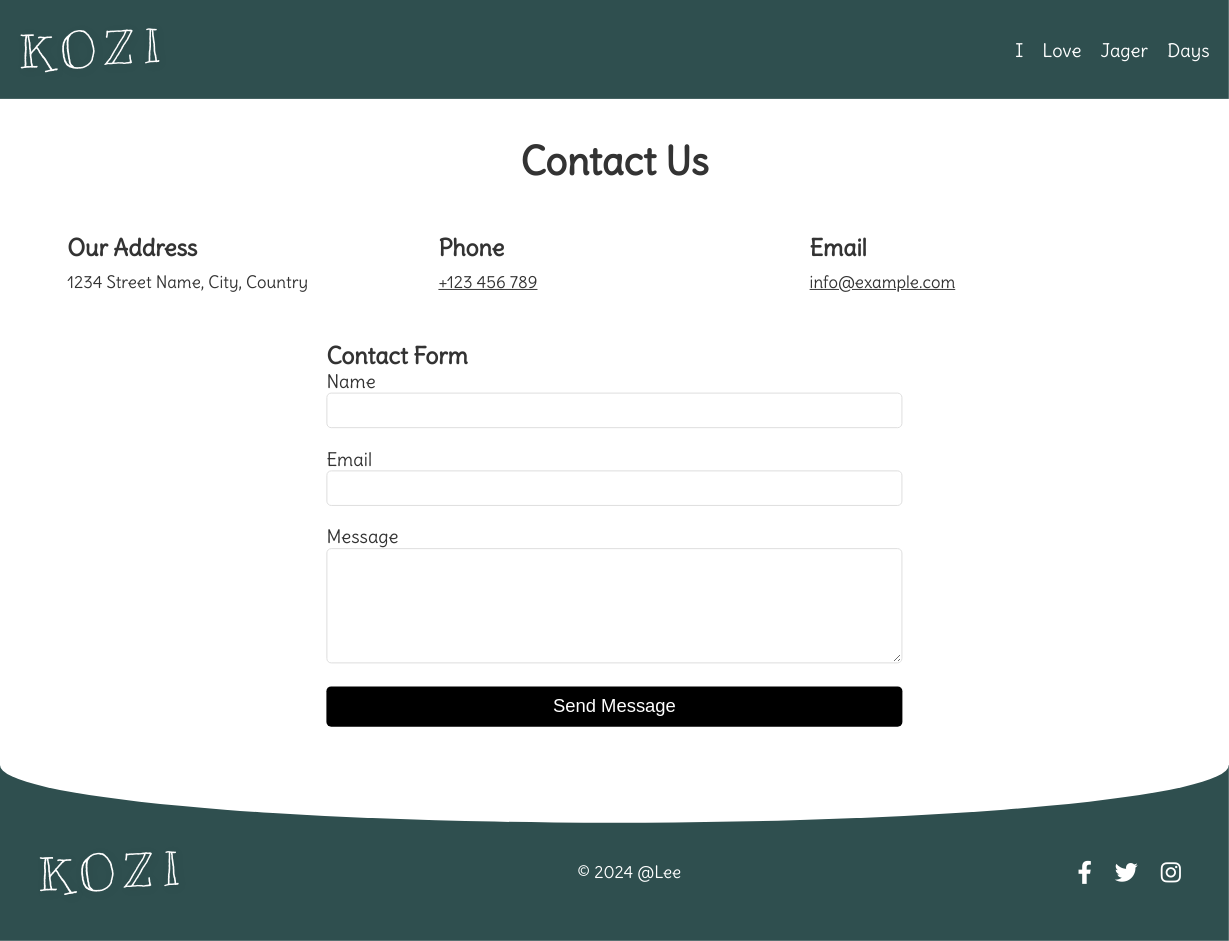
Repository: leerichie/kozi
Page: index.html
The author's editor kept a copy of each file at every save. The page is drawn from the files as they stood at one save, then again after the next save.
The browser window is 1280 px wide. The pictures show the whole page, at 96% of full size.

Above is the page before, as saved 2024-10-24 19:52:46.

### index.html
<!DOCTYPE html>
<html lang="en">

<head>
    <meta charset="UTF-8">
    <meta name="viewport" content="width=device-width, initial-scale=1.0">
    <meta http-equiv="X-UA-Compatible" content="IE=edge">
    <link rel="stylesheet" href="css/styles.css">
    <link rel="stylesheet" href="https://cdnjs.cloudflare.com/ajax/libs/font-awesome/6.0.0-beta3/css/all.min.css">

    <title>Contact Form</title>
</head>

<body>
    <!-- Navbar -->
    <header class="navbar">
        <div class="logo">
            <!-- <a href="#"><img src="img/logo.png" alt="Logo"></a> -->
            <h1 class="logo-text">Kozi</h1>

        </div>
        <nav>
            <ul class="nav-links">
                <li><a href="#">I</a></li>
                <li><a href="#">Love</a></li>
                <li><a href="#">Jager</a></li>
                <li><a href="#">Days</a></li>
            </ul>
            <div class="hamburger">
                <span class="bar"></span>
                <span class="bar"></span>
                <span class="bar"></span>
            </div>
        </nav>
    </header>

    <!-- Sidebar (hidden by default) -->
    <div class="sidebar">
        <ul class="sidebar-links">
            <li><a href="#">I</a></li>
            <li><a href="#">Love</a></li>
            <li><a href="#">Guiness</a></li>
            <li><a href="#">Days</a></li>
            <li><a href="#">Toooo</a></li>

        </ul>
    </div>

    <!-- Contact Section -->
    <div class="container">
        <div class="contact-header">
            <h1>Contact Us</h1>
        </div>
        <div class="contact-info">
            <div class="address">
                <h2>Our Address</h2>
                <p>1234 Street Name, City, Country</p>
            </div>
            <div class="phone">
                <h2>Phone</h2>
                <p><a href="tel:+123456789">+123 456 789</a></p>
            </div>
            <div class="email">
                <h2>Email</h2>
                <p><a href="mailto:info@example.com">info@example.com</a></p>
            </div>
        </div>

        <div class="form-container">
            <h2>Contact Form</h2>
            <form action="#" method="POST" class="contact-form">
                <div class="form-group">
                    <label for="name">Name</label>
                    <input type="text" id="name" name="name" required>
                </div>
                <div class="form-group">
                    <label for="email">Email</label>
                    <input type="email" id="email" name="email" required>
                </div>
                <div class="form-group">
                    <label for="message">Message</label>
                    <textarea id="message" name="message" required></textarea>
                </div>
                <button type="submit" class="submit-btn">Send Message</button>
            </form>
        </div>
    </div>

    <!-- Footer -->
    <footer class="footer">
        <div class="footer-shape"></div>
        <div class="footer-container">
            <div class="footer-logo">
                <h1 class="logo-text">Kozi</h1>
            </div>
            <div class="footer-text">
                <p>&copy; 2024 @Lee</p>
            </div>
            <div class="footer-social">
                <a href="/" target="_blank"><i class="fab fa-facebook-f"></i></a>
                <a href="/" target="_blank"><i class="fab fa-twitter"></i></a>
                <a href="/" target="_blank"><i class="fab fa-instagram"></i></a>
            </div>
        </div>
    </footer>


    <script src="js/script.js"></script>
</body>

</html>

### css/styles.css
@font-face {
  font-family: "Delius";
  src: url("/fonts/Delius-Regular.ttf") format("truetype");
  font-weight: normal;
  font-style: normal;
}

@font-face {
  font-family: "Merriweather";
  src: url("/fonts/Kranky-Regular.ttf") format("truetype");
  font-weight: bold;
  font-style: normal;
}

@font-face {
  font-family: "Lora";
  src: url("/fonts/LeckerliOne-Regular.ttf") format("truetype");
  font-weight: normal;
  font-style: italic;
}

* {
  margin: 0;
  padding: 0;
  box-sizing: border-box;
}

body {
  font-family: "Delius", sans-serif;
  background-color: #fff;
  color: #333;
}

.logo {
  text-align: center;
}

.logo-text {
  font-family: "Merriweather", serif;
  font-size: 50px;
  letter-spacing: 10px;
  font-weight: bold;
  text-transform: uppercase;
  color: white;
  text-shadow: 2px 2px 10px rgba(0, 0, 0, 0.1);
  transform: rotate(-2deg);
}

/* Nav */
.navbar {
  display: flex;
  justify-content: space-between;
  align-items: center;
  padding: 20px;
  background-color: darkslategray;
  color: #fff;
  position: relative;
  z-index: 1000;
}

.navbar .logo img {
  width: 150px;
}

.navbar nav {
  display: flex;
  align-items: center;
}

.nav-links {
  display: flex;
  list-style: none;
}

.nav-links li {
  margin-left: 20px;
}

.nav-links a {
  text-decoration: none;
  color: #fff;
  font-size: 1.2rem;
  transition: color 0.3s ease;
}

.nav-links a:hover {
  color: #f4a261;
}

/* Hamburger animate - mob */
.hamburger {
  display: none;
  flex-direction: column;
  cursor: pointer;
  transition: all 0.3s ease;
  z-index: 1001;
}

.hamburger .bar {
  width: 25px;
  height: 3px;
  background-color: white;
  margin: 4px 0;
  transition: all 0.3s ease;
  z-index: 1001;
}

.hamburger.active .bar:nth-child(1) {
  transform: rotate(45deg) translate(0, 0);
  width: 20px;
}

.hamburger.active .bar:nth-child(2) {
  opacity: 0;
}

.hamburger.active .bar:nth-child(3) {
  transform: rotate(-45deg) translate(0, 0);
  width: 20px;
}

.hamburger.active .bar {
  height: 4px;
}

/* Sidebar */
.sidebar {
  position: fixed;
  top: 0;
  right: -250px;
  width: 250px;
  height: 100%;
  background-color: darkslategray;
  color: #fff;
  transition: 0.3s;
  padding-top: 60px;
  z-index: 999;
}

.sidebar.active {
  right: 0;
}

.sidebar-links {
  list-style: none;
  padding: 50px 0;
  text-align: center;
}

.sidebar-links li {
  margin: 20px 0;
}

.sidebar-links a {
  text-decoration: none;
  color: #fff;
  font-size: 1.5rem;
  transition: color 0.3s ease;
}

.sidebar-links a:hover {
  color: #f4a261;
}

/* Contact Section */
.container {
  max-width: 1200px;
  margin: 0 auto;
  padding: 40px 20px;
}

.contact-header h1 {
  text-align: center;
  font-size: 2.5rem;
  margin-bottom: 40px;
}

.contact-info {
  display: flex;
  justify-content: space-between;
  flex-wrap: wrap;
  margin-bottom: 40px;
}

.contact-info div {
  flex: 1;
  min-width: 250px;
  margin: 10px;
}

.contact-info h2 {
  font-size: 1.5rem;
  margin-bottom: 10px;
}

.contact-info p,
.contact-info a {
  font-size: 1.1rem;
  color: #333;
}

.form-container {
  max-width: 600px;
  margin: 0 auto;
}

.contact-form {
  display: flex;
  flex-direction: column;
}

.form-group {
  margin-bottom: 20px;
}

.form-group label {
  margin-bottom: 10px;
  font-size: 1.2rem;
}

.form-group input,
.form-group textarea {
  width: 100%;
  padding: 10px;
  border: 1px solid #ddd;
  border-radius: 5px;
}

textarea {
  height: 120px;
}

.submit-btn {
  padding: 10px 20px;
  background-color: #000;
  color: #fff;
  border: none;
  border-radius: 5px;
  font-size: 1.2rem;
  cursor: pointer;
}

.submit-btn:hover {
  background-color: #f4a261;
}

/* Footer Styling */
.footer {
  position: relative;
  background-color: darkslategray;
  color: white;
  text-align: center;
  padding: 80px 20px 40px;
  overflow: hidden;
}

.footer-shape {
  position: absolute;
  top: -60px;
  left: 0;
  width: 100%;
  height: 120px;
  background-color: #fff;
  border-radius: 0 0 100% 100%;
  z-index: 0;
}

.footer-container {
  position: relative;
  z-index: 1;
  display: flex;
  justify-content: space-between;
  align-items: center;
  max-width: 1200px;
  margin: 0 auto;
  flex-wrap: wrap;
}

.footer-logo img {
  width: 100px;
}

.footer-text p {
  font-size: 1.1rem;
  margin: 0;
}

.footer-social a {
  margin: 0 10px;
  color: white;
  font-size: 1.5rem;
  transition: color 0.3s ease;
}

.footer-social a:hover {
  color: #f4a261;
}

.footer-social img {
  width: 25px;
  filter: invert(100%);
}

/* Mob */
@media (max-width: 768px) {
  .hamburger {
    display: flex;
  }

  .nav-links {
    display: none;
  }

  .footer-container {
    flex-direction: row;
    justify-content: space-between;
  }

  .footer-logo {
    flex-grow: 1;
    text-align: center;
  }

  .footer-text {
    text-align: left;
  }

  .footer-social {
    text-align: right;
  }

  .logo-text {
    font-size: 40px;
    letter-spacing: 2px;
  }
}

### js/script.js
const hamburger = document.querySelector('.hamburger');
const sidebar = document.querySelector('.sidebar');

hamburger.addEventListener('click', () => {
    sidebar.classList.toggle('active');
    hamburger.classList.toggle('active');
});

window.addEventListener('scroll', () => {
    sidebar.classList.remove('active');
    hamburger.classList.remove('active');
});

After the next save:
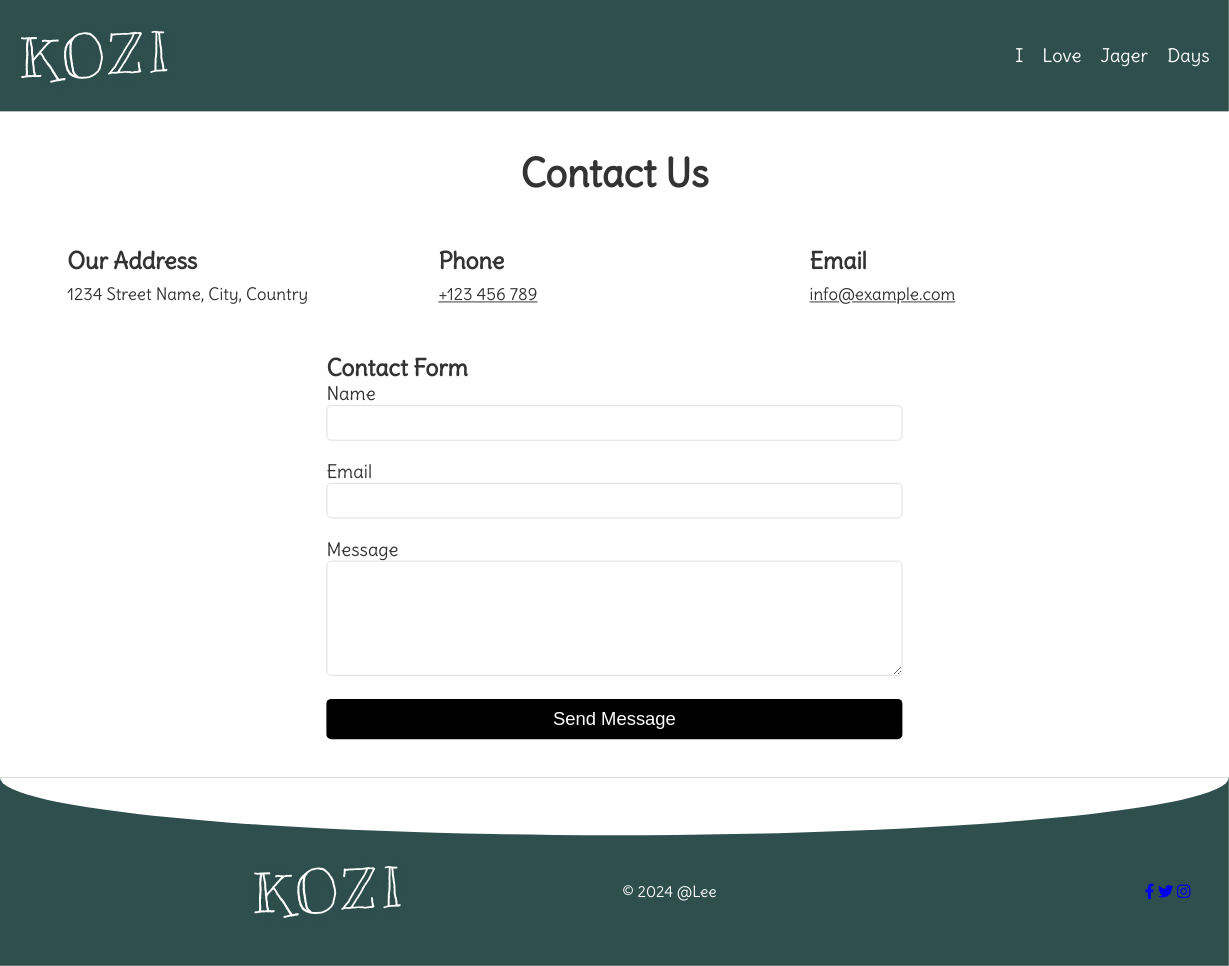
Saved 52 s later.
--- a/css/styles.css
+++ b/css/styles.css
@@ -276,29 +276,21 @@
   flex-wrap: wrap;
 }
 
-.footer-logo img {
-  width: 100px;
-}
-
-.footer-text p {
-  font-size: 1.1rem;
-  margin: 0;
-}
-
-.footer-social a {
-  margin: 0 10px;
-  color: white;
-  font-size: 1.5rem;
-  transition: color 0.3s ease;
-}
-
-.footer-social a:hover {
-  color: #f4a261;
-}
-
-.footer-social img {
-  width: 25px;
-  filter: invert(100%);
+/* Centered logo for desktop */
+.footer-logo {
+  flex-grow: 1; /* Allows the logo to grow and remain centered */
+  text-align: center;
+}
+
+.logo-text {
+  font-size: 60px;
+  letter-spacing: 5px;
+}
+
+/* Text on the left (2024 @Lee) */
+.footer-text {
+  flex-grow: 1;
+  text-align: left;
 }
 
 /* Mob */

After the 3 saves that followed:
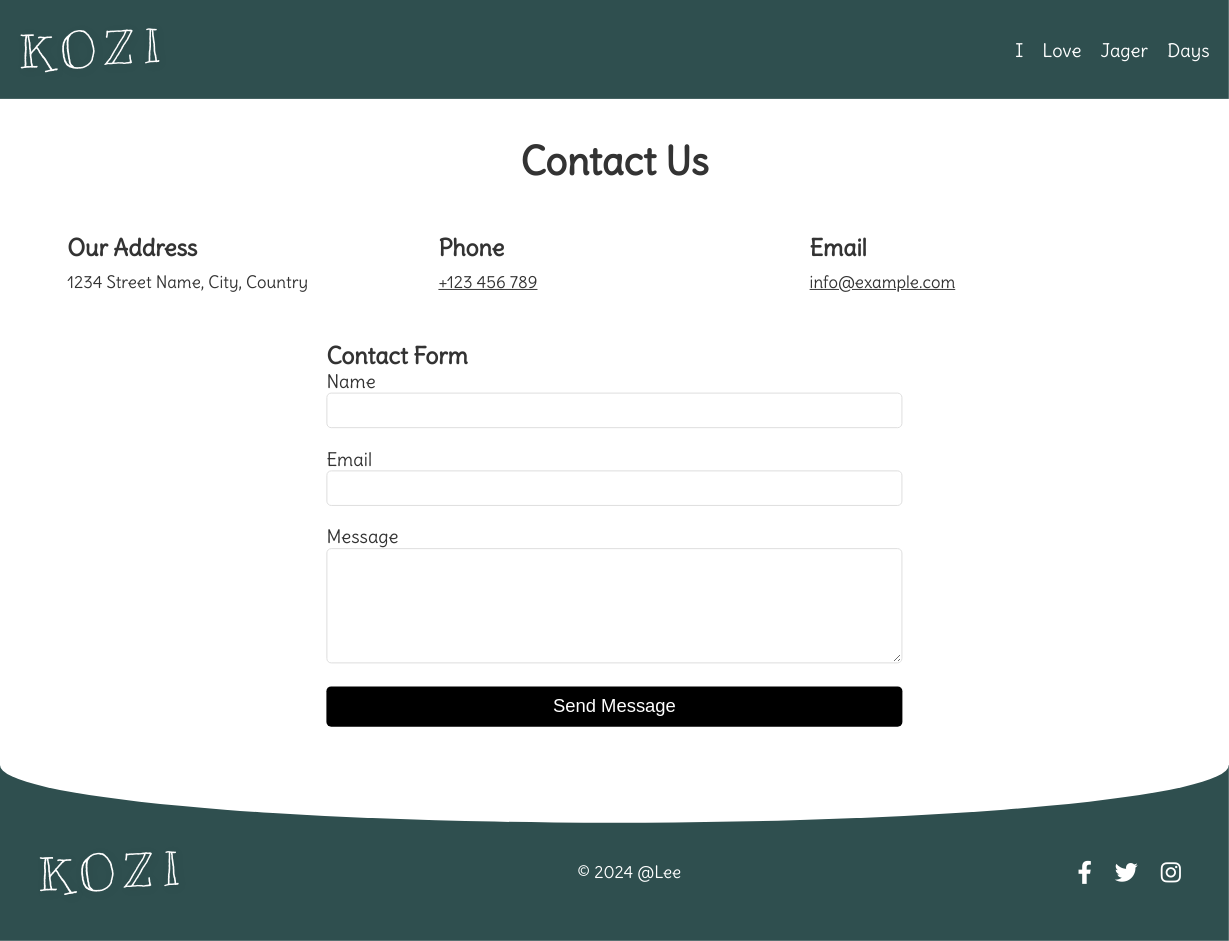
The 3 saves are shown as one change because 2 left the picture as it was.
The last was saved 57 s later.
--- a/css/styles.css
+++ b/css/styles.css
@@ -276,21 +276,29 @@
   flex-wrap: wrap;
 }
 
-/* Centered logo for desktop */
-.footer-logo {
-  flex-grow: 1; /* Allows the logo to grow and remain centered */
-  text-align: center;
-}
-
-.logo-text {
-  font-size: 60px;
-  letter-spacing: 5px;
-}
-
-/* Text on the left (2024 @Lee) */
-.footer-text {
-  flex-grow: 1;
-  text-align: left;
+.footer-logo img {
+  width: 100px;
+}
+
+.footer-text p {
+  font-size: 1.1rem;
+  margin: 0;
+}
+
+.footer-social a {
+  margin: 0 10px;
+  color: white;
+  font-size: 1.5rem;
+  transition: color 0.3s ease;
+}
+
+.footer-social a:hover {
+  color: #f4a261;
+}
+
+.footer-social img {
+  width: 25px;
+  filter: invert(100%);
 }
 
 /* Mob */
